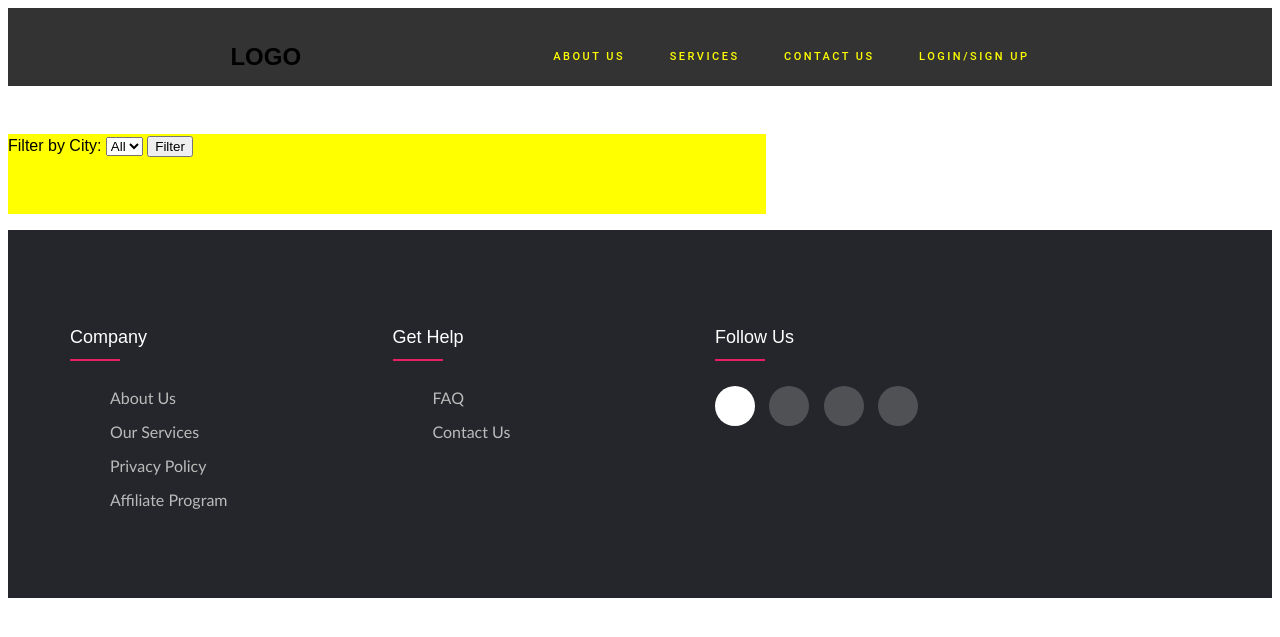
Repository: RishuGudigar/pawtakers
Page: templates/home.html
The author's editor kept a copy of each file at every save. The page is drawn from the files as they stood at one save, then again after the next save.
The browser window is 1280 px wide. The pictures show the whole page.
The pointer rests on the first visible `.footer-col .social-links a`.
The page is served by the project's application, run on Django 4.2 (manage.py). The template is opened directly, without the code that normally fills it, so the values that code supplies are empty.

Above is the page before, as saved 2023-05-21 19:40:32.

After the next save:
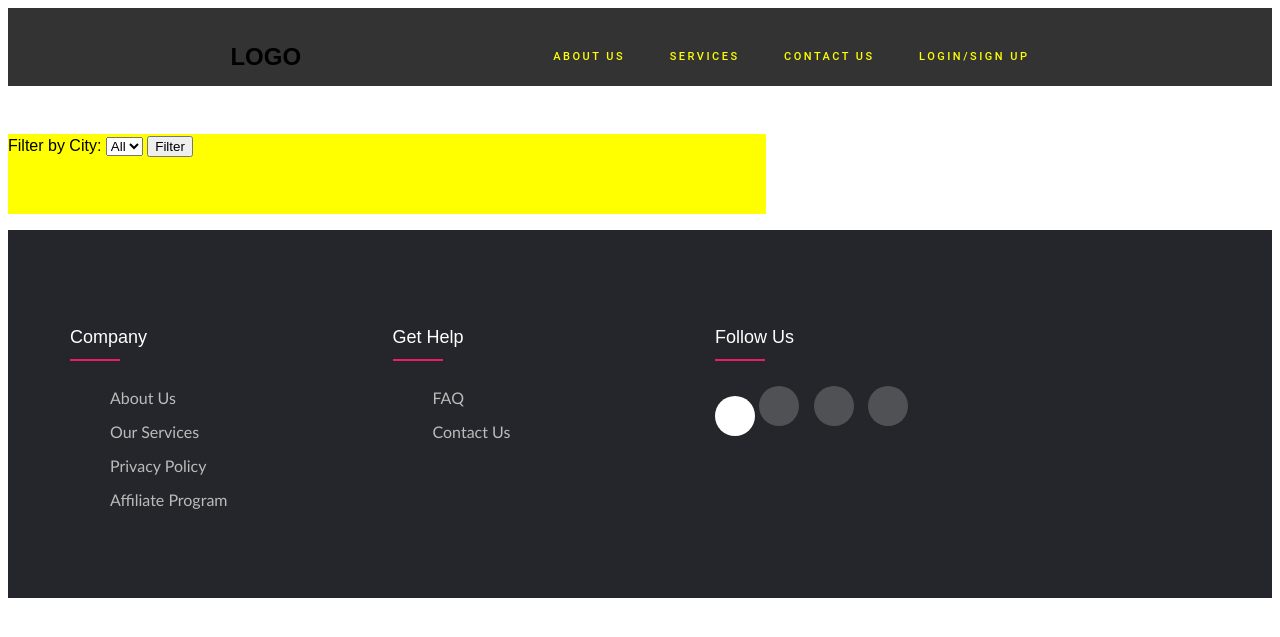
Saved 61 s later.
--- a/pawtakers/templates/home.html
+++ b/pawtakers/templates/home.html
@@ -188,6 +188,8 @@
     .footer-col .social-links a:hover{
         color: #24262b;
         background-color: #ffffff;
+        align-item:center;
+        margin:auto;
     }
 
     .city_form{
